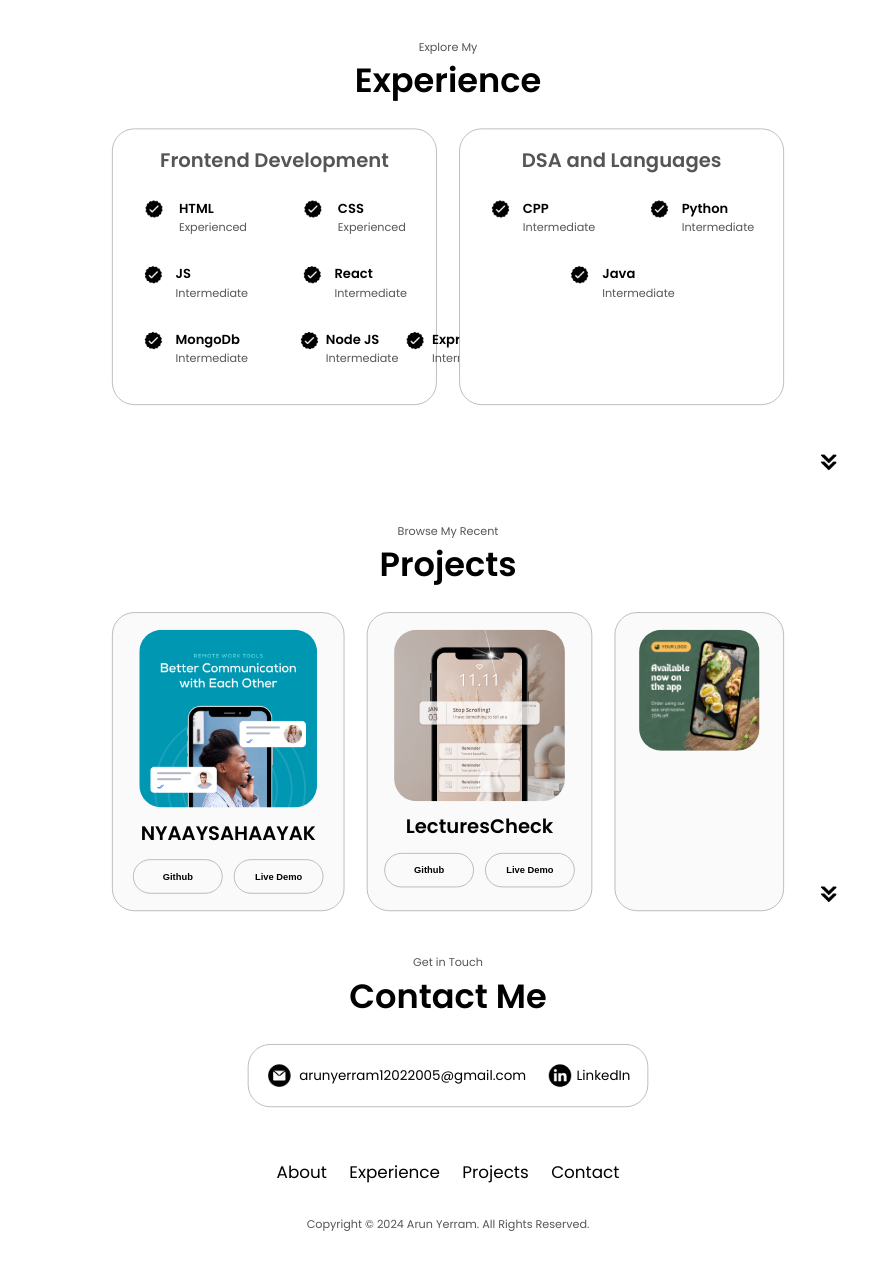
Repository: ARUN-YERRAM/ARUN-YERRAM-PORTFOLIO
Page: portfolio/index.html
These files come from the project's save history. The page is drawn as it stood at one moment and after the next save; the edit follows.
The browser window is 1280 px wide. The pictures show the part of the page from y = 1481 to 3401 px (the page is 3282 px tall before and 3401 px after), at 70% of full size.

Above is the page before, as saved 2024-07-07 04:10:07.

### portfolio/index.html
<!DOCTYPE html>
<html lang="en">
  <head>
    <meta charset="UTF-8" />
    <meta http-equiv="X-UA-Compatible" content="IE=edge" />
    <meta name="viewport" content="width=device-width, initial-scale=1.0" />
    <title>My Portfolio</title>
    <link rel="stylesheet" href="style.css" />
    <link rel="stylesheet" href="mediaqueries.css" />
  </head>
  <body>
    <nav id="desktop-nav">
      <div class="logo">ARUN YERRAM</div>
      <div>
        <ul class="nav-links">
          <li><a href="#about">About</a></li>
          <li><a href="#experience">Experience</a></li>
          <li><a href="#projects">Projects</a></li>
          <li><a href="#contact">Contact</a></li>
        </ul>
      </div>
    </nav>
    <nav id="hamburger-nav">
      <div class="logo">ARUN YERRAM</div>
      <div class="hamburger-menu">
        <div class="hamburger-icon" onclick="toggleMenu()">
          <span></span>
          <span></span>
          <span></span>
        </div>
        <div class="menu-links">
          <li><a href="#about" onclick="toggleMenu()">About</a></li>
          <li><a href="#experience" onclick="toggleMenu()">Experience</a></li>
          <li><a href="#projects" onclick="toggleMenu()">Projects</a></li>
          <li><a href="#contact" onclick="toggleMenu()">Contact</a></li>
        </div>
      </div>
    </nav>
    <section id="profile">
      <div class="section__pic-container">
        <img src="./assets/profile-pic.png" alt="John Doe profile picture" />
      </div>
      <div class="section__text">
        <p class="section__text__p1">Hello, I'm</p>
        <h1 class="title">ARUN YERRAM</h1>
        <p class="section__text__p2">Frontend Developer</p>
        <div class="btn-container">
          <button
            class="btn btn-color-2"
            onclick="window.open('./assets/resume-example.pdf')"
          >
            Download CV
          </button>
          <button class="btn btn-color-1" onclick="location.href='./#contact'">
            Contact Info
          </button>
        </div>
        <div id="socials-container">
          <img
            src="./assets/linkedin.png"
            alt="My LinkedIn profile"
            class="icon"
            onclick="window.open('https://www.linkedin.com/in/arun-yerram/','_blank')"
          />
          <img
            src="./assets/github.png"
            alt="My Github profile"
            class="icon"
            onclick="location.href='https://github.com/ARUN-YERRAM?tab=repositories'"
          />
        </div>
      </div>
    </section>
    <section id="about">
      <p class="section__text__p1">Get To Know More</p>
      <h1 class="title">About Me</h1>
      <div class="section-container">
        <div class="section__pic-container">
          <img
            src="./assets/Photo1.jpg"
            alt="Profile picture"
            class="about-pic"
          />
        </div>
        <div class="about-details-container">
          <div class="about-containers">
            <div class="details-container">
              <img
                src="./assets/experience.png"
                alt="Experience icon"
                class="icon"
              />
              <h3>Experience</h3>
              <p>2+ years <br />Full Stack Development</p>
            </div>
            <div class="details-container">
              <img
                src="./assets/education.png"
                alt="Education icon"
                class="icon"
              />
              <h3>Education</h3>
              <p>Pursing B.Tech (Bachelors Degree) From Keshav Memorial Institute of Technology <br /></p>
            </div>
          </div>
          <div class="text-container">
            <p>
              I am having keen interest in Problem Solving ,Web Development and eager to learn Data Science and Explore various Tech field.
            </p>
          </div>
        </div>
      </div>
      <img
        src="./assets/arrow.png"
        alt="Arrow icon"
        class="icon arrow"
        onclick="location.href='./#experience'"
      />
    </section>
    <section id="experience">
      <p class="section__text__p1">Explore My</p>
      <h1 class="title">Experience</h1>
      <div class="experience-details-container">
        <div class="about-containers">
          <div class="details-container">
            <h2 class="experience-sub-title">Frontend Development</h2>
            <div class="article-container">
              <article>
                <img
                  src="./assets/checkmark.png"
                  alt="Experience icon"
                  class="icon"
                />
                <div>
                  <h3>HTML</h3>
                  <p>Experienced</p>
                </div>
              </article>
              <article>
                <img
                  src="./assets/checkmark.png"
                  alt="Experience icon"
                  class="icon"
                />
                <div>
                  <h3>CSS</h3>
                  <p>Experienced</p>
                </div>
              </article>
              <article>
                <img
                  src="./assets/checkmark.png"
                  alt="Experience icon"
                  class="icon"
                />
                <div>
                  <h3>JS</h3>
                  <p>Intermediate</p>
                </div>
              </article>
              <article>
                <img
                  src="./assets/checkmark.png"
                  alt="Experience icon"
                  class="icon"
                />
                <div>
                  <h3>React</h3>
                  <p>Intermediate</p>
                </div>
              </article>
              <article>
                <img
                  src="./assets/checkmark.png"
                  alt="Experience icon"
                  class="icon"
                />
                <div>
                  <h3>MongoDb</h3>
                  <p>Intermediate</p>
                </div>
              </article>
              <article>
                <article>
                  <img
                    src="./assets/checkmark.png"
                    alt="Experience icon"
                    class="icon"
                  />
                  <div>
                    <h3>Node JS</h3>
                    <p>Intermediate</p>
                  </div>
                </article>

                <article>
                  <img
                    src="./assets/checkmark.png"
                    alt="Experience icon"
                    class="icon"
                  />
                  <div>
                    <h3>Express JS</h3>
                    <p>Intermediate</p>
                  </div>
                </article>
                <article>
                <article>
                <img
                  src="./assets/checkmark.png"
                  alt="Experience icon"
                  class="icon"
                />
                <div>
                  <h3>Git && Github</h3>
                  <p>Intermediate</p>
                </div>
              </article>
            </div>
          </div>
          <div class="details-container">
            <h2 class="experience-sub-title">DSA and Languages</h2>
            <div class="article-container">
              <article>
                <img
                  src="./assets/checkmark.png"
                  alt="Experience icon"
                  class="icon"
                />
                <div>
                  <h3>CPP</h3>
                  <p>Intermediate</p>
                </div>
              </article>
              <article>
                <img
                  src="./assets/checkmark.png"
                  alt="Experience icon"
                  class="icon"
                />
                <div>
                  <h3>Python</h3>
                  <p>Intermediate</p>
                </div>
              </article>

              <article>
                <img
                  src="./assets/checkmark.png"
                  alt="Experience icon"
                  class="icon"
                />
                <div>
                  <h3>Java</h3>
                  <p>Intermediate</p>
                </div>
              </article>
            </div>
          </div>
        </div>
      </div>
      <img
        src="./assets/arrow.png"
        alt="Arrow icon"
        class="icon arrow"
        onclick="location.href='./#projects'"
      />
    </section>
    <section id="projects">
      <p class="section__text__p1">Browse My Recent</p>
      <h1 class="title">Projects</h1>
      <div class="experience-details-container">
        <div class="about-containers">
          <div class="details-container color-container">
            <div class="article-container">
              <img
                src="./assets/project-1.png"
                alt="Project 1"
                class="project-img"
              />
            </div>
            <h2 class="experience-sub-title project-title">NYAAYSAHAAYAK</h2>
            <div class="btn-container">
              <button
                class="btn btn-color-2 project-btn"
                onclick="location.href='https://github.com/ARUN-YERRAM/NYAAYSAHAAYAK'"
              >
                Github
              </button>
              <button
                class="btn btn-color-2 project-btn"
                onclick="location.href=''"
              >
                Live Demo
              </button>
            </div>
          </div>
          <div class="details-container color-container">
            <div class="article-container">
              <img
                src="./assets/project-2.png"
                alt="Project 2"
                class="project-img"
              />
            </div>
            <h2 class="experience-sub-title project-title">LecturesCheck</h2>
            <div class="btn-container">
              <button
                class="btn btn-color-2 project-btn"
                onclick="location.href='https://github.com/ARUN-YERRAM/LecturesCheck'"
              >
                Github
              </button>
              <button
                class="btn btn-color-2 project-btn"
                onclick="location.href=''"
              >
                Live Demo
              </button>
            </div>
          </div>

          <div class="details-container color-container">
            <div class="article-container">
              <img
                src="./assets/project-3.png"
                alt="Project 3"
                class="project-img"
              />
            </div>
          </div>
        </div>
      </div>
      <img
        src="./assets/arrow.png"
        alt="Arrow icon"
        class="icon arrow"
        onclick="location.href='./#contact'"
      />
    </section>
    <section id="contact">
      <p class="section__text__p1">Get in Touch</p>
      <h1 class="title">Contact Me</h1>
      <div class="contact-info-upper-container">
        <div class="contact-info-container">
          <img
            src="./assets/email.png"
            alt="Email icon"
            class="icon contact-icon email-icon"
          />
          <p><a href="mailto:examplemail@gmail.com">arunyerram12022005@gmail.com</a></p>
        </div>
        <div class="contact-info-container">
          <img
            src="./assets/linkedin.png"
            alt="LinkedIn icon"
            class="icon contact-icon"
          />
          <p><a href="https://www.linkedin.com/in/arun-yerram/">LinkedIn</a></p>
        </div>
      </div>
    </section>
    <footer>
      <nav>
        <div class="nav-links-container">
          <ul class="nav-links">
            <li><a href="#about">About</a></li>
            <li><a href="#experience">Experience</a></li>
            <li><a href="#projects">Projects</a></li>
            <li><a href="#contact">Contact</a></li>
          </ul>
        </div>
      </nav>
      <p>Copyright &#169; 2024 Arun Yerram. All Rights Reserved.</p>
    </footer>
    <script src="script.js"></script>
  </body>
</html>

### portfolio/style.css
/* GENERAL */

@import url("https://fonts.googleapis.com/css2?family=Poppins:wght@300;400;500;600&display=swap");

* {
  margin: 0;
  padding: 0;
}

body {
  font-family: "Poppins", sans-serif;
}

html {
  scroll-behavior: smooth;
}

p {
  color: rgb(85, 85, 85);
}

/* TRANSITION */

a,
.btn {
  transition: all 300ms ease;
}

/* DESKTOP NAV */

nav,
.nav-links {
  display: flex;
}

nav {
  justify-content: space-around;
  align-items: center;
  height: 17vh;
}

.nav-links {
  gap: 2rem;
  list-style: none;
  font-size: 1.5rem;
}

a {
  color: black;
  text-decoration: none;
  text-decoration-color: white;
}

a:hover {
  color: grey;
  text-decoration: underline;
  text-underline-offset: 1rem;
  text-decoration-color: rgb(181, 181, 181);
}

.logo {
  font-size: 2rem;
}

.logo:hover {
  cursor: default;
}

/* HAMBURGER MENU */

#hamburger-nav {
  display: none;
}

.hamburger-menu {
  position: relative;
  display: inline-block;
}

.hamburger-icon {
  display: flex;
  flex-direction: column;
  justify-content: space-between;
  height: 24px;
  width: 30px;
  cursor: pointer;
}

.hamburger-icon span {
  width: 100%;
  height: 2px;
  background-color: black;
  transition: all 0.3 ease-in-out;
}

.menu-links {
  position: absolute;
  top: 100%;
  right: 0;
  background-color: white;
  width: fit-content;
  max-height: 0;
  overflow: hidden;
  transition: all 0.3 ease-in-out;
}

.menu-links a {
  display: block;
  padding: 10px;
  text-align: center;
  font-size: 1.5rem;
  color: black;
  text-decoration: none;
  transition: all 0.3 ease-in-out;
}

.menu-links li {
  list-style: none;
}

.menu-links.open {
  max-height: 300px;
}

.hamburger-icon.open span:first-child {
  transform: rotate(45deg) translate(10px, 5px);
}

.hamburger-icon.open span:nth-child(2) {
  opacity: 0;
}

.hamburger-icon.open span:last-child {
  transform: rotate(-45deg) translate(10px, -5px);
}

.hamburger-icon span:first-child {
  transform: none;
}

.hamburger-icon span:first-child {
  opacity: 1;
}

.hamburger-icon span:first-child {
  transform: none;
}

/* SECTIONS */

section {
  padding-top: 4vh;
  height: 96vh;
  margin: 0 10rem;
  box-sizing: border-box;
  min-height: fit-content;
}

.section-container {
  display: flex;
}

/* PROFILE SECTION */

#profile {
  display: flex;
  justify-content: center;
  gap: 5rem;
  height: 80vh;
}

.section__pic-container {
  display: flex;
  height: 400px;
  width: 400px;
  margin: auto 0;
}

.section__text {
  align-self: center;
  text-align: center;
}

.section__text p {
  font-weight: 600;
}

.section__text__p1 {
  text-align: center;
}

.section__text__p2 {
  font-size: 1.75rem;
  margin-bottom: 1rem;
}

.title {
  font-size: 3rem;
  text-align: center;
}

#socials-container {
  display: flex;
  justify-content: center;
  margin-top: 1rem;
  gap: 1rem;
}

/* ICONS */

.icon {
  cursor: pointer;
  height: 2rem;
}

/* BUTTONS */

.btn-container {
  display: flex;
  justify-content: center;
  gap: 1rem;
}

.btn {
  font-weight: 600;
  transition: all 300ms ease;
  padding: 1rem;
  width: 8rem;
  border-radius: 2rem;
}

.btn-color-1,
.btn-color-2 {
  border: rgb(53, 53, 53) 0.1rem solid;
}

.btn-color-1:hover,
.btn-color-2:hover {
  cursor: pointer;
}

.btn-color-1,
.btn-color-2:hover {
  background: rgb(53, 53, 53);
  color: white;
}

.btn-color-1:hover {
  background: rgb(0, 0, 0);
}

.btn-color-2 {
  background: none;
}

.btn-color-2:hover {
  border: rgb(255, 255, 255) 0.1rem solid;
}

.btn-container {
  gap: 1rem;
}

/* ABOUT SECTION */

#about {
  position: relative;
}

.about-containers {
  gap: 2rem;
  margin-bottom: 2rem;
  margin-top: 2rem;
}

.about-details-container {
  justify-content: center;
  flex-direction: column;
}

.about-containers,
.about-details-container {
  display: flex;
}

.about-pic {
  border-radius: 2rem;
}

.arrow {
  position: absolute;
  right: -5rem;
  bottom: 2.5rem;
}

.details-container {
  padding: 1.5rem;
  flex: 1;
  background: white;
  border-radius: 2rem;
  border: rgb(53, 53, 53) 0.1rem solid;
  border-color: rgb(163, 163, 163);
  text-align: center;
}

.section-container {
  gap: 4rem;
  height: 80%;
}

.section__pic-container {
  height: 400px;
  width: 400px;
  margin: auto 0;
}

/* EXPERIENCE SECTION */

#experience {
  position: relative;
}

.experience-sub-title {
  color: rgb(85, 85, 85);
  font-weight: 600;
  font-size: 1.75rem;
  margin-bottom: 2rem;
}

.experience-details-container {
  display: flex;
  justify-content: center;
  flex-direction: column;
}

.article-container {
  display: flex;
  text-align: initial;
  flex-wrap: wrap;
  flex-direction: row;
  gap: 2.5rem;
  justify-content: space-around;
}

article {
  display: flex;
  width: 10rem;
  justify-content: space-around;
  gap: 0.5rem;
}

article .icon {
  cursor: default;
}

/* PROJECTS SECTION */

#projects {
  position: relative;
}

.color-container {
  border-color: rgb(163, 163, 163);
  background: rgb(250, 250, 250);
}

.project-img {
  border-radius: 2rem;
  width: 90%;
  height: 90%;
}

.project-title {
  margin: 1rem;
  color: black;
}

.project-btn {
  color: black;
  border-color: rgb(163, 163, 163);
}

/* CONTACT */

#contact {
  display: flex;
  justify-content: center;
  flex-direction: column;
  height: 70vh;
}

.contact-info-upper-container {
  display: flex;
  justify-content: center;
  border-radius: 2rem;
  border: rgb(53, 53, 53) 0.1rem solid;
  border-color: rgb(163, 163, 163);
  background: (250, 250, 250);
  margin: 2rem auto;
  padding: 0.5rem;
}

.contact-info-container {
  display: flex;
  align-items: center;
  justify-content: center;
  gap: 0.5rem;
  margin: 1rem;
}

.contact-info-container p {
  font-size: larger;
}

.contact-icon {
  cursor: default;
}

.email-icon {
  height: 2.5rem;
}

/* FOOTER SECTION */

footer {
  height: 26vh;
  margin: 0 1rem;
}

footer p {
  text-align: center;
}

### portfolio/mediaqueries.css
@media screen and (max-width: 1400px) {
  #profile {
    height: 83vh;
    margin-bottom: 6rem;
  }
  .about-containers {
    flex-wrap: wrap;
  }
  #contact,
  #projects {
    height: fit-content;
  }
}

@media screen and (max-width: 1200px) {
  #desktop-nav {
    display: none;
  }
  #hamburger-nav {
    display: flex;
  }
  #experience,
  .experience-details-container {
    margin-top: 2rem;
  }
  #profile,
  .section-container {
    display: block;
  }
  .arrow {
    display: none;
  }
  section,
  .section-container {
    height: fit-content;
  }
  section {
    margin: 0 5%;
  }
  .section__pic-container {
    width: 275px;
    height: 275px;
    margin: 0 auto 2rem;
  }
  .about-containers {
    margin-top: 0;
  }
}

@media screen and (max-width: 600px) {
  #contact,
  footer {
    height: 40vh;
  }
  #profile {
    height: 83vh;
    margin-bottom: 0;
  }
  article {
    font-size: 1rem;
  }
  footer nav {
    height: fit-content;
    margin-bottom: 2rem;
  }
  .about-containers,
  .contact-info-upper-container,
  .btn-container {
    flex-wrap: wrap;
  }
  .contact-info-container {
    margin: 0;
  }
  .contact-info-container p,
  .nav-links li a {
    font-size: 1rem;
  }
  .experience-sub-title {
    font-size: 1.25rem;
  }
  .logo {
    font-size: 1.5rem;
  }
  .nav-links {
    flex-direction: column;
    gap: 0.5rem;
    text-align: center;
  }
  .section__pic-container {
    width: auto;
    height: 46vw;
    justify-content: center;
  }
  .section__text__p2 {
    font-size: 1.25rem;
  }
  .title {
    font-size: 2rem;
  }
  .text-container {
    text-align: justify;
  }
}

Loaded but not shown: portfolio/script.js (common file)

After the next save:
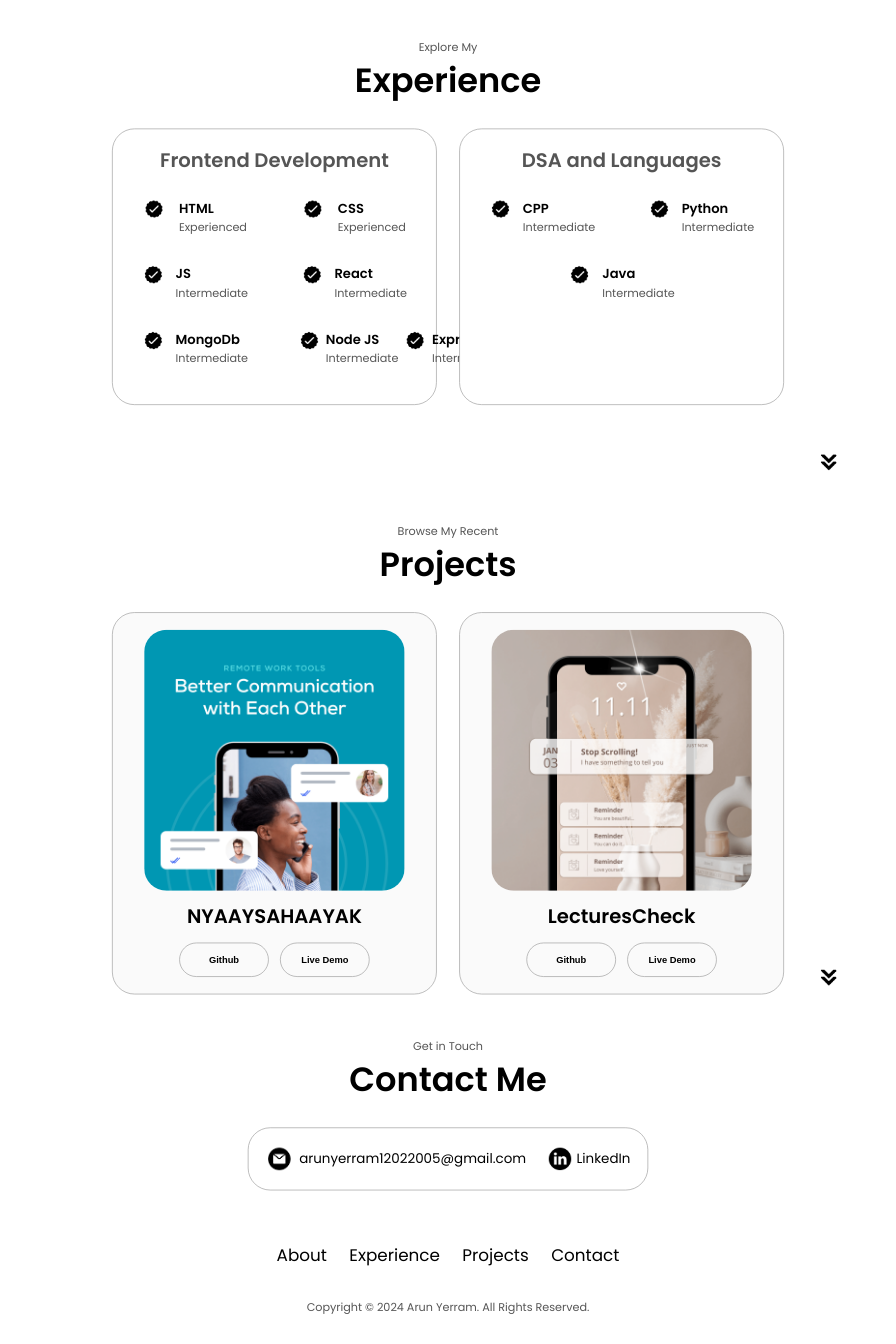
Saved 10 s later.
--- a/portfolio/index.html
+++ b/portfolio/index.html
@@ -320,7 +320,7 @@
             </div>
           </div>
 
-          <div class="details-container color-container">
+          <!-- <div class="details-container color-container">
             <div class="article-container">
               <img
                 src="./assets/project-3.png"
@@ -328,7 +328,7 @@
                 class="project-img"
               />
             </div>
-          </div>
+          </div> -->
         </div>
       </div>
       <img
